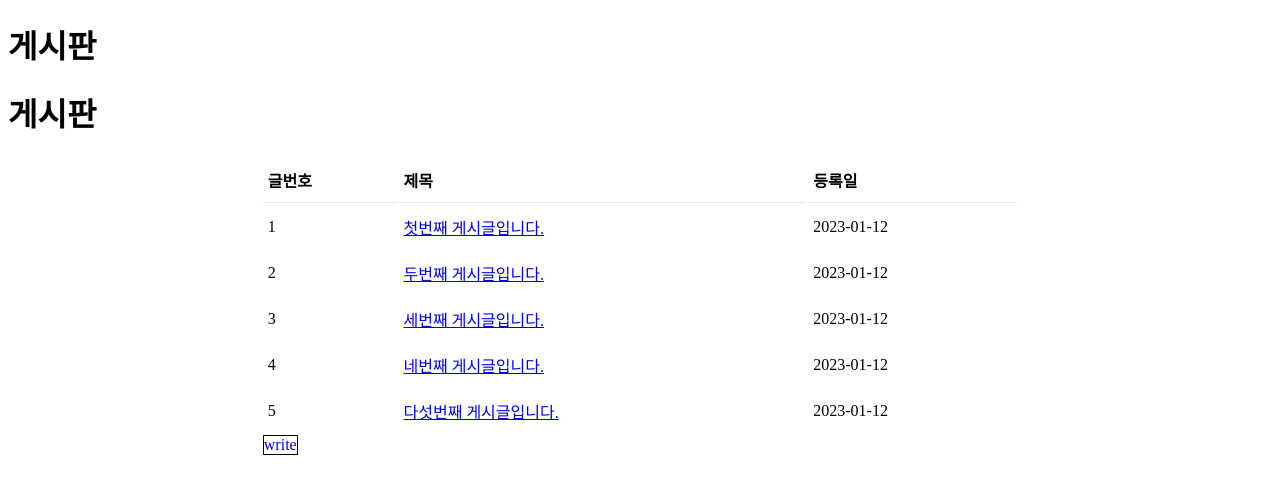
Repository: thdtjdgml415/exVoc
Page: /
The author's editor kept a copy of each file at every save. The page is drawn from the files as they stood at one save, then again after a run of saves.
The browser window is 1280 px wide. The pictures show the whole page.
The project was rebuilt for these pictures with package versions that can differ from the ones it lists, and the page was loaded fresh each time. Also part of the build but not shown: src/Page/Post.css, src/Page/PostView.js.

Above is the page before, as saved 2023-01-13 09:17:19.

### public/index.html
<!DOCTYPE html>
<html lang="en">
<head>
  <meta charset="UTF-8">
  <meta http-equiv="X-UA-Compatible" content="IE=edge">
  <meta name="viewport" content="width=device-width, initial-scale=1.0">
  <title>게시판</title>
</head>
<body>
  <div id="root"></div>
</body>
</html>

### src/App.js
import { BrowserRouter, Routes,  Route } from 'react-router-dom';
import PostMain from './Page/PostMain';
import PostView from './Page/PostView';

function App() {
  return (
    <div className='App'>
      <h1>게시판</h1>
      <BrowserRouter>
        <Routes>
          <Route path='/postView/:no' element={<PostView/>}/>
          <Route path='/' element= {<PostMain/>}/>
        </Routes>
      </BrowserRouter>
    </div>
  )
}

export default App;

### src/Page/PostMain.js
import React from 'react'
import PostList from './PostList'

const PostMain = porps => {
  return (
    <>
      <PostList />
    </>
  )
}
export default PostMain

### src/Page/PostList.js
import React, { useEffect, useState } from 'react';
import { Link } from 'react-router-dom';
import CommonTable from '../components/table/CommonTable';
import CommonTableColumn from '../components/table/CommonTableColumn';
import CommonTableRow from '../components/table/CommonTableRow';
import CommonTableWriteBtn from '../components/table/CommonTableWriteBtn';
import { postList } from '../Data';

const PostList = props => {
  const [ dataList, setDataList ] = useState([])

  useEffect(()=> {
    setDataList(postList);
  }, [ ])

  return (
    <>
    <h1>게시판</h1>
      <CommonTable headersName={['글번호', '제목', '등록일']}>
       {
          dataList ? dataList.map((item, index) => {
            return(
              <CommonTableRow key={index}>
                <CommonTableColumn>{item.no}</CommonTableColumn>
                <CommonTableColumn>
                  <Link to={`/postView/${item.no}`}>{item.title}</Link></CommonTableColumn>
                <CommonTableColumn>{item.createDate}</CommonTableColumn>
              </CommonTableRow>
            )
          }) : ''
       }
      <Link to={'/Registration/'}>
        <CommonTableWriteBtn/>
      </Link>
      </CommonTable>
    </>
  )
}

export default PostList

### src/Data.js
const postList = [
    {
        "no": 1,
        "title": "첫번째 게시글입니다.",
        "content": "첫번째 게시글 내용입니다.",
        "createDate": "2023-01-12"
      },
      {
        "no": 2,
        "title": "두번째 게시글입니다.",
        "content": "두번째 게시글 내용입니다.",
        "createDate": "2023-01-12"
      },
      {
        "no": 3,
        "title": "세번째 게시글입니다.",
        "content": "세번째 게시글 내용입니다.",
        "createDate": "2023-01-12"
      },
      {
        "no": 4,
        "title": "네번째 게시글입니다.",
        "content": "네번째 게시글 내용입니다.",
        "createDate": "2023-01-12"
      },
      {
        "no": 5,
        "title": "다섯번째 게시글입니다.",
        "content": "다섯번째 게시글 내용입니다.",
        "createDate": "2023-01-12"
      },
]

const getPostByNo = no => {

    const array = postList.filter(x=>x.no===no);
    if(array.length == 1) {
        return array[1];
    }
    return null;
}

export {
    postList,
    getPostByNo
};

### src/components/table/CommonTable.js
import React from 'react'
import './CommonTable.css'

const CommonTable = props => {
    const {headersName, children} = props;

  return (
    <table>
        <thead>
            <tr>
                {
                    headersName.map((item, index) => {
                        return (
                            <td className='common-table-header-column' key={index}>{ item }</td>
                        )
                    })
                }
            </tr>
        </thead>
        <tbody>
            {
                children
            }
        </tbody>
    </table>
  )
}

export default CommonTable

### src/components/table/CommonTableColumn.js
import React from 'react';

const CommonTableColumn = ({ children }) => {
  return (
    <td className='common-table-column'>
      {
        children
      }
    </td>
  )
}

export default CommonTableColumn

### src/components/table/CommonTableRow.js
import React from 'react';

const CommonTableRow = ({ children }) => {
  return (
    <tr className="common-table-row">
      {
        children
      }
    </tr>
  )
}

export default CommonTableRow;

### src/components/table/CommonTableWriteBtn.js
import React from 'react';


const CommonTableWriteBtn = () => {
  return (
    <div className='post-write-btn' style={{border: '1px solid black', display: 'inline-block'}}>write</div>
  )
}

export default CommonTableWriteBtn

### src/components/table/CommonTable.css
table {
  margin: 0 auto;
  width: 60%;
}

.common-table {
    width: 70%;
    margin: 0 auto;
    text-align: center;
    border-spacing: 0;
  }

.common-table-header-column {
  border-bottom: 1px solid #e8e8e8;
  padding: 0;
  font-size: 16px;
  padding: 10px 5px;
  font-weight: bold;
}

.common-table-row:hover {
  background-color: #eceaea;
  cursor: pointer;
}

.common-table-column {
  padding: 10px 5px;
}

Loaded but not shown: src/index.js (common file)

After the next 2 saves:
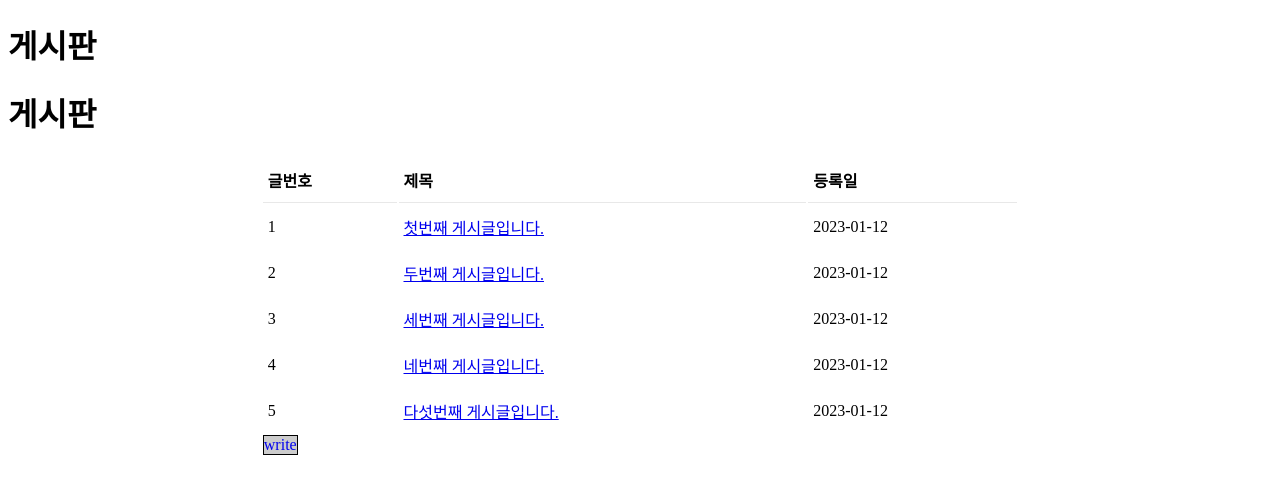
The 2 saves are shown as one change because they came seconds apart.
The last was saved 39 s later.
--- a/src/components/table/CommonTableWriteBtn.js
+++ b/src/components/table/CommonTableWriteBtn.js
@@ -3,7 +3,7 @@ import React from 'react';
 
 const CommonTableWriteBtn = () => {
   return (
-    <div className='post-write-btn' style={{border: '1px solid black', display: 'inline-block'}}>write</div>
+    <div className='post-write-btn' style={{border: '1px solid black', display: 'inline-block', backgroundColor: '#ccc'}}>write</div>
   )
 }
 
